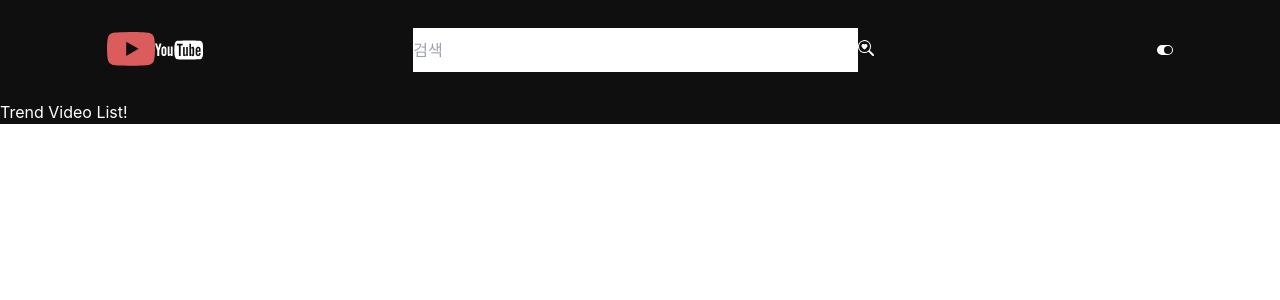
Repository: dnjfht/self-youtube
Page: /
An editor plug-in stored every save of this project. The page is shown before and after the next save, followed by the edit.
The browser window is 1280 px wide. The pictures show the whole page.
The project was rebuilt for these pictures with package versions that can differ from the ones it lists, and the page was loaded fresh each time. Also part of the build but not shown: src/page/Detail.jsx, src/page/NotFoundPage.jsx.

Above is the page before, as saved 2023-06-23 15:40:25.

After the next save:
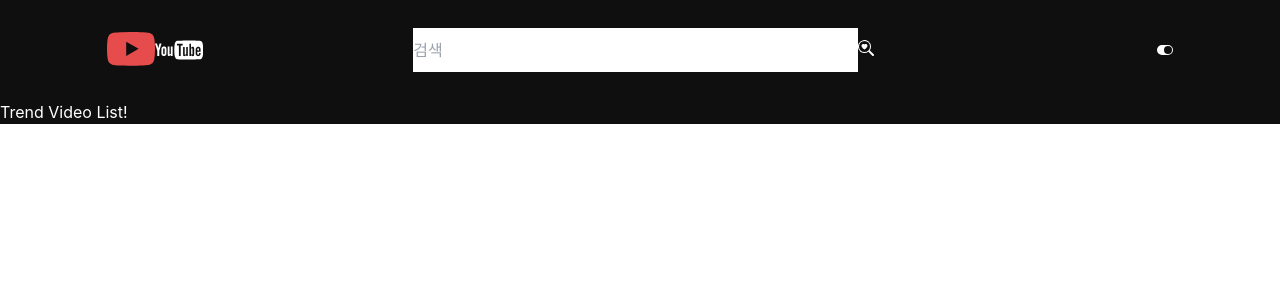
Saved 4 s later.
--- a/src/components/Navbar.jsx
+++ b/src/components/Navbar.jsx
@@ -24,7 +24,7 @@
     >
       <div className="w-10/12 h-[100%] py-[20px] box-border mx-auto flex justify-between items-center">
         <div className="flex text-[3rem]">
-          <BsYoutube className="text-[#db5c5c]" />
+          <BsYoutube className="text-[#e74c4c]" />
           <ImYoutube2 />
         </div>
 
